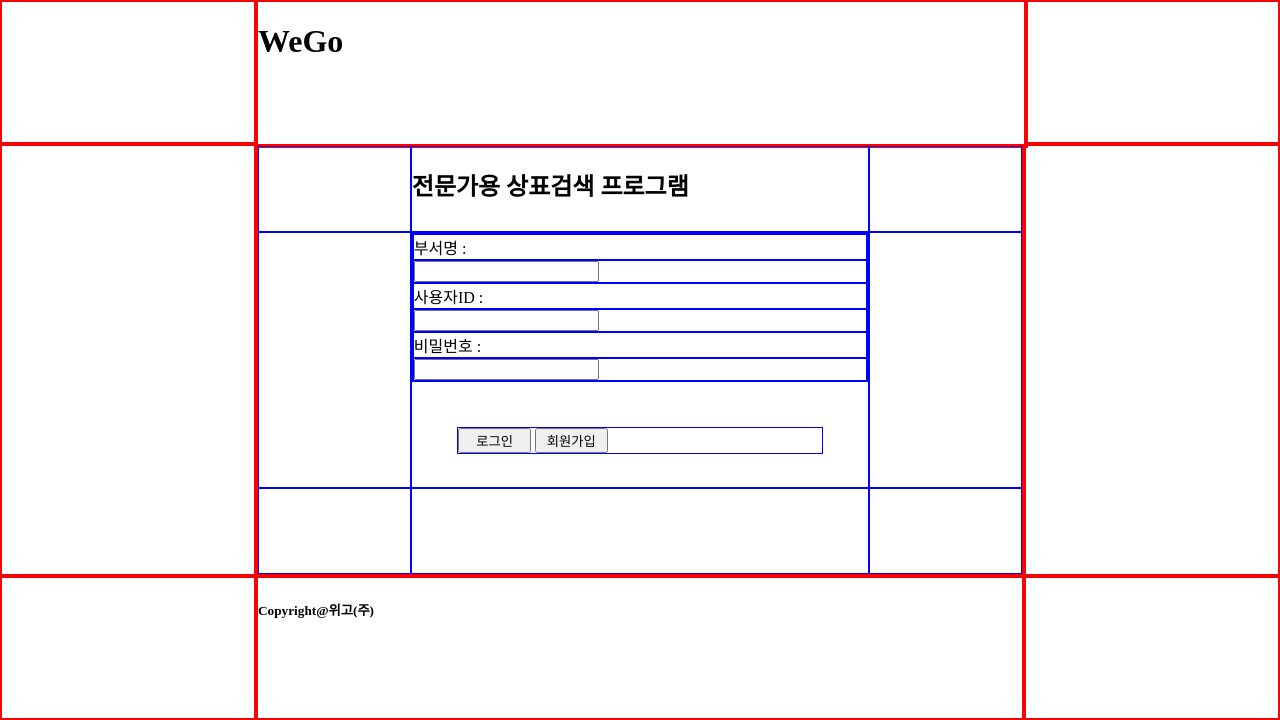
Repository: hamuse/wego1
Page: http://localhost/teamW1/facade.do
An editor plug-in stored every save of this project. The page is shown before and after the next save, followed by the edit.
The browser window is 1280 px wide. The pictures show the whole page.
Some web libraries are served in a nearby version. The page is served by Tomcat 9. Other server files are loaded and not shown.

Above is the page before, as saved 2019-10-07 11:32:30.

### teamW1/WebContent/WEB-INF/views/facade/main.jsp
<%@ page language="java" contentType="text/html; charset=UTF-8"
   pageEncoding="UTF-8"%>
<%@ taglib prefix="c" uri="http://java.sun.com/jsp/jstl/core" %>
<jsp:include page="../common/head.jsp"/>
<div class="container">
<div ></div><div class="div2"><h2>전문가용 상표검색 프로그램</h2></div><div></div>
<div></div>

<div class="div5">
<c:choose>
    <c:when test="${page eq 'login'}">
    <jsp:include page="login.jsp"/>
    </c:when>
    <c:when test="${page eq 'join'}">
    <jsp:include page="join.jsp"/>
    </c:when>
</c:choose>
</div>
<div></div><div></div><div class="div8"></div><div></div>
</div>
<jsp:include page="../common/foot.jsp"/>

### teamW1/WebContent/WEB-INF/views/common/head.jsp
<%@ page language="java" contentType="text/html; charset=UTF-8"
    pageEncoding="UTF-8"%>
<!doctype html>
<html lang="en">
<head>
	<meta charset="UTF-8" />
	<title>Document</title>
	<script src='http://ajax.googleapis.com/ajax/libs/jquery/1.11.3/jquery.min.js'></script>
	<script src="${js}/app.js"></script>
	<link rel="stylesheet" type="text/css" href="${css}/style.css"></link>
</head>
<body>
<div class="wrapper" style="width: 100%; height:100%">
<div></div><div id="wego"><h1>WeGo</h1></div><div></div>
<div></div>

### teamW1/WebContent/WEB-INF/views/facade/login.jsp
<%@ page language="java" contentType="text/html; charset=UTF-8"
   pageEncoding="UTF-8"%>
<form >

<div class="input_box">
<div>  부서명 :</div><div><input id="d_Name"  type="text" name="dName"/></div>
<div>  사용자ID :</div><div><input id="userName" type="text" name="empNo"/></div>
<div>  비밀번호 :</div><div><input id="userPw" type="text" name="eName"/></div>

</div>
<div id="input_item">
    <input type="hidden" name="action" value="login" />
    <input type="hidden" name="page" value="mypage" />
    <input id="login_btn" type="button" value="로그인"/>
    <input id="join_btn" type="button" value="회원가입"/>
</div>

</form>
<script>

app.init('${ctx}');
</script>

### teamW1/WebContent/WEB-INF/views/common/foot.jsp
<%@ page language="java" contentType="text/html; charset=UTF-8"
    pageEncoding="UTF-8"%>

<div></div><div></div><div><h5>Copyright@위고(주)</h5></div>
<div></div>

</body>
</html>

### teamW1/src/com/web/team1/controllers/FacadeController.java
package com.web.team1.controllers;

import java.io.IOException;
import javax.servlet.ServletException;
import javax.servlet.annotation.WebServlet;
import javax.servlet.http.HttpServlet;
import javax.servlet.http.HttpServletRequest;
import javax.servlet.http.HttpServletResponse;

import com.web.team1.pool.Constants;

@WebServlet("/facade.do")
public class FacadeController extends HttpServlet {
	private static final long serialVersionUID = 1L;

	enum Resources {
		CTX, CSS, JS, IMG
	}
	protected void service(HttpServletRequest request, HttpServletResponse response) throws ServletException, IOException {
		for(Resources r : Resources.values()) {
			System.out.println("퍼사드>>>>>"+r.toString().toLowerCase());
//			    request.getSession().setAttribute(r.toString().toLowerCase(), request.getContextPath()+"/resources/"+r.toString().toLowerCase());
			    request.getSession().setAttribute(r.toString().toLowerCase(), request.getContextPath()+((r.toString().toLowerCase().equals("ctx"))
			    		?"" : "/resources/"+r.toString().toLowerCase()));
		}
		if(request.getParameter("page")==(null)) {
		request.setAttribute("page","login");
	}else {
		request.setAttribute("page", request.getParameter("page"));
		}
	request.getRequestDispatcher(
				String.format(Constants.DOUBLE_PATH,
						request.getServletPath().substring(1,request.getServletPath().indexOf(".")),
						"main"))
		.forward(request,response);
//		System.out.println("야 퍼사드로 들어오냥?");
//		 request
//		  .getRequestDispatcher(
//				  String.format(Constants.DOUBLE_PATH,request.getServletPath().substring(1,request.getServletPath().indexOf(".")),
//						  "login"))
//		  .forward(request, response);

	}
}

### teamW1/WebContent/resources/js/app.js
var app= (()=>{
    return{
        init : (ctx)=>{
            $('#login_btn').click(()=>{
                alert('로그인!!!!!!');
                location.assign(ctx+'/login.do?action=login&page=mypage');
            });
            $('#join_btn').click(()=>{
                alert('회원가입 이동');
                location.assign(ctx+'/facade.do?action=move&page=join');
            });
            btn.login2(ctx);
            btnjoin.joinbtn(ctx);
        }

    };
})();
var member = (()=>{
    var _dName,_deptNo,_eName,_empNo,_dName,_job,_mgr,_hireDate,_comm;
    var setEmpNo = (empNo)=>{this._empNo = empNo;}
    var setEName = (eName)=>{this._eName = eName;}
    var setDName = (dName)=>{this._dName = dName;}
    var getEmpNo = ()=>{return this._setEmpNo;}
    var getEName = ()=>{return this._setEName;}
    var getDName = ()=>{return this._setDName;}
    return{
        setEmpNo : setEmpNo,setEName : setEName,setDName : setDName,
        getEmpNo : getEmpNo,getEName : getEName,getDName : getDName
    };
})();
var btn= (()=>{
	return{
		 login2 : (ctx)=>{
			   $('#login_btn').click(()=>{
	            	if($('#d_Name').val()===''||$('#empNo').val()===''||
	            			$('#eName').val()===''){
	            		alert('필수값이 없습니다')}
	            		else{
	            			alert('입력한 아이디 값: '+$('#empNo').val());
	            			$('#login_form')
	            			$('#login_form').attr('action', ctx+'/login.do');
	            			$('#login_form').attr('method','POST');
	            			$('#login_form').submit();
	            		}
	            });
		 }
	};
})();

var btnjoin=(()=>{
	return{
		joinbtn : (ctx)=>{
			$('#join_btn1').click(()=>{
				alert('회원가입!!!됐냐?!!!');
				$('#join_form').attr('action',ctx+'/login.do');
				$('#join_form').submit();

			});
		}
	};
})();

### teamW1/WebContent/resources/css/style.css
@charset "UTF-8";
html, body{
	margin: 0;
	height: 100%;
	overflow: hidden;
}
.wrapper{
	display: grid;
	width: 100%
	height: 100%;
	grid-template-columns: 20% 60% 20%;
	grid-template-rows: 20% 60% 20%;
}
.wrapper div{
	border: 2px solid red;
}
.container{
	display: grid;
	width: 100%
	height: 100%;
	grid-template-columns: 20% 60% 20%;
	grid-template-rows: 20% 60% 20%;
	border : 1px solid blue;
}
.container div{
	border : 1px solid blue;
}
#login_tab{
	display: grid;
	width: 100%;
	height: 80%;
	grid-template-columns: 50% 50%;
	grid-template-rows: 50% 50%;
	margin: 0 auto;
	padding-top: 50px;
}
#join_form{width: 100%; height: 100%}
#login_form{
	display: grid;
	width: 100%;
	height: 100%;
	grid-template-rows: 50% 50%;
}
#login_form div{1px solid black}
#login_tab div{border : 1px solid black;}
.input_box{
	grid-template-rows: 33% 34% 33%;
	grid-template-columns: 50% 50%;
}
#input_item{margin: 10% ;}
#wego{width: 100%;height: 100%;}
#login_btn{width: 20%; height: 20%}
#join_btn{width: 20%; height: 20%}
.input_text{width: 50%; height: 50px; margin-top: 70px}

After the next save:
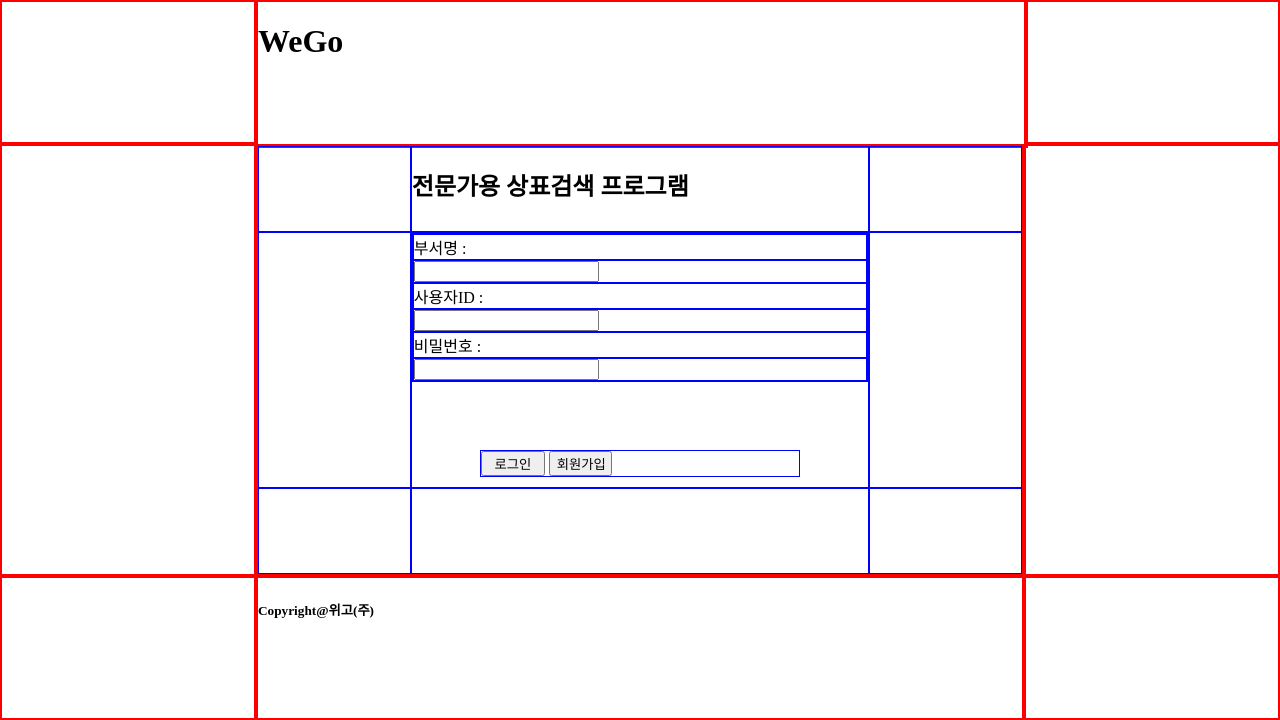
Saved 38 s later.
--- a/teamW1/WebContent/resources/css/style.css
+++ b/teamW1/WebContent/resources/css/style.css
@@ -47,7 +47,7 @@ html, body{
 	grid-template-rows: 33% 34% 33%;
 	grid-template-columns: 50% 50%;
 }
-#input_item{margin: 10% ;}
+#input_item{margin: 15% ;}
 #wego{width: 100%;height: 100%;}
 #login_btn{width: 20%; height: 20%}
 #join_btn{width: 20%; height: 20%}
